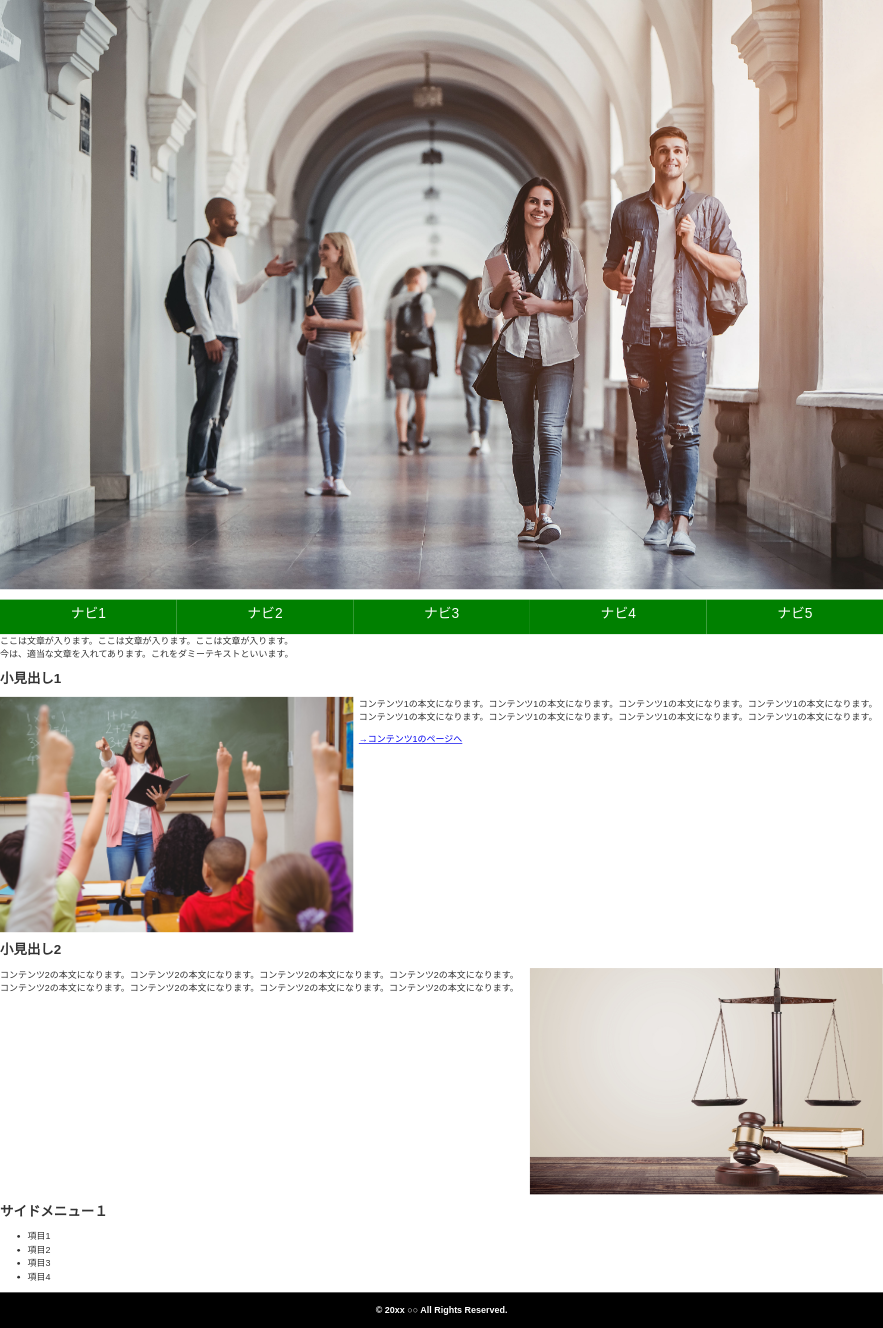
Repository: katayamataiki/samurai_HTML-CSS
Page: A.html
The author's editor kept a record of every edit. The page is drawn from the files as they stood at one moment, then again after the next edit.
The browser window is 1280 px wide. The pictures show the whole page, at 69% of full size.

Above is the page before.

### A.html
<!DOCTYPE html>
<html lang="ja">
    <head>
        <meta charset="UTF-8">
        <title>HTML/CSSの学習</title>
        <link rel="stylesheet" href="stylesheet.css">
    </head>
    <body>
        <div id="header">
            <h1><a href="index.html"><img id="corridor" src="images/HEADER.jpg" alt="大学の廊下" /></a></h1>
        </div>
        <div id="wrapper">
            <div id="nav">
                <ul>
                    <li><a href="index.html">ナビ1</a></li>
                    <li><a href="#">ナビ2</a></li>
                    <li><a href="#">ナビ3</a></li>
                    <li><a href="#">ナビ4</a></li>
                    <li><a href="#">ナビ5</a></li>
                </ul>
            </div>
          <div id="container">
              <div id="main">
                   <div class="post">
                        <p>ここは文章が入ります。ここは文章が入ります。ここは文章が入ります。<br />今は、適当な文章を入れてあります。これをダミーテキストといいます。</p>
                    </div>
                    <div class="post clearfix">
                        <h2>小見出し1</h2>
                        <img class="left" src="images/IMAGE.jpg" alt="授業風景" />
                        <p>
                            コンテンツ1の本文になります。コンテンツ1の本文になります。コンテンツ1の本文になります。コンテンツ1の本文になります。
                            コンテンツ1の本文になります。コンテンツ1の本文になります。コンテンツ1の本文になります。コンテンツ1の本文になります。
                      </p>
                        <p><a href="#">→コンテンツ1のページへ</a></p>
                    </div>
                   <div class="post clearfix">
                        <h2>小見出し2</h2>
                        <img class="right" src="images/H.jpg" alt="天秤" />
                        <p>
                            コンテンツ2の本文になります。コンテンツ2の本文になります。コンテンツ2の本文になります。コンテンツ2の本文になります。
                            コンテンツ2の本文になります。コンテンツ2の本文になります。コンテンツ2の本文になります。コンテンツ2の本文になります。
                        </p>
                    </div>
                </div>
            </div>
        </div>
        <divid="side">
            <div class="box">
                <h2>サイドメニュー１</h2>
                <div class="boxBody">
                    <ul>
                        <li>項目1</li>
                        <li>項目2</li>
                        <li>項目3</li>
                        <li>項目4</li>
                    </ul>
                </div>
            </div>
        </div>
        <div id="footer">
            <p>&copy; 20xx ○○ All Rights Reserved.</p>
        </div>
    </body>
</html>

### stylesheet.css
@charset "utf-8";

body {
	margin: 0;
	padding: 0;
	font-family: "ヒラギノ角ゴ Pro W3", "Hiragino Kaku Gothic Pro", "メイリオ", Meiryo, Osaka, "ＭＳ Ｐゴシック", "MS PGothic", sans-serif;
	color: #333;
	font-size: 13px;
	line-height: 150%;
}

/* -------------------- wrapper -------------------- */
#wrapper {
	width: 100%;
	margin: auto;
	padding: 0px;
	border: 0px;
	background-color: #FFF;
}
#header{
	width: 100%;
}
#header h1{
	margin: 0;
	padding: 0;
}
#corridor{
	width: 100%;
	height: auto;
}
#footer{
	clear: both;
	width: 100%;
	padding: 3px 0 3px 0;
	background-color: black;
	color: #FFF;
	font-weight:bold;
	text-align: center;
}
 #nav {
	 width: 100%;
 }
 #nav ul {
	 margin: 0;
	 padding: 0;
	 list-style-type: none;
}
#nav ul li {
		 float: left;
	 width: 20%;
	 text-align: center;
 }
 #nav ul li a {
	 display: block;
	 height: 30px;
	 margin: 0;
	 padding: 10px;

	 color: #FFF;
	 font-size: 20px;
	 text-decoration: none;
	 background-color: green;
 }
 * -------------------- container -------------------- */
+ #container {
+	 width: 100%;
+	 margin: auto ;
+	 padding: auto;
+	 padding-top: 20px;
+	 clear: both;
+ }
+ /* -------------------- main -------------------- */
+ #main {
+	 float: left;
+	 width: 60%;
+	 padding: 10px 30px 10px 10px;
+ }
+ #main h2 {
+	 margin: 0 0 10px 0;
+	 padding: 3px 10px 3px 10px;
+	 color: #FFF;
+	 font-size: 16px;
+	 border-left: solid 10px #C00;
+	 background: #F90 url(../images/main_h2.jpg) right top repeat-y;
+ }
+ #main p {
+	 margin: 0;
+	 padding: 0;
+ }
+ #main .post {
+	 margin: 0 0 30px 0;
+ }
+
 #main .post img.right {
	 margin: 0 0 0 8px;
 }
 #main .post img.left {
 	margin: 0 8px 0 0;
}

 .right {
	 float: right;
	 width: 40%;
	 height: auto;
 }
 .left {
	 float: left;
	 width: 40%;
	 height: auto;
 }

 /* -------------------- clearfix -------------------- */
 .clearfix {
	 zoom: 1;
 }
.clearfix:after{
	 content: "";
	 display: block;
	 clear: both;
 }

After the next edit:
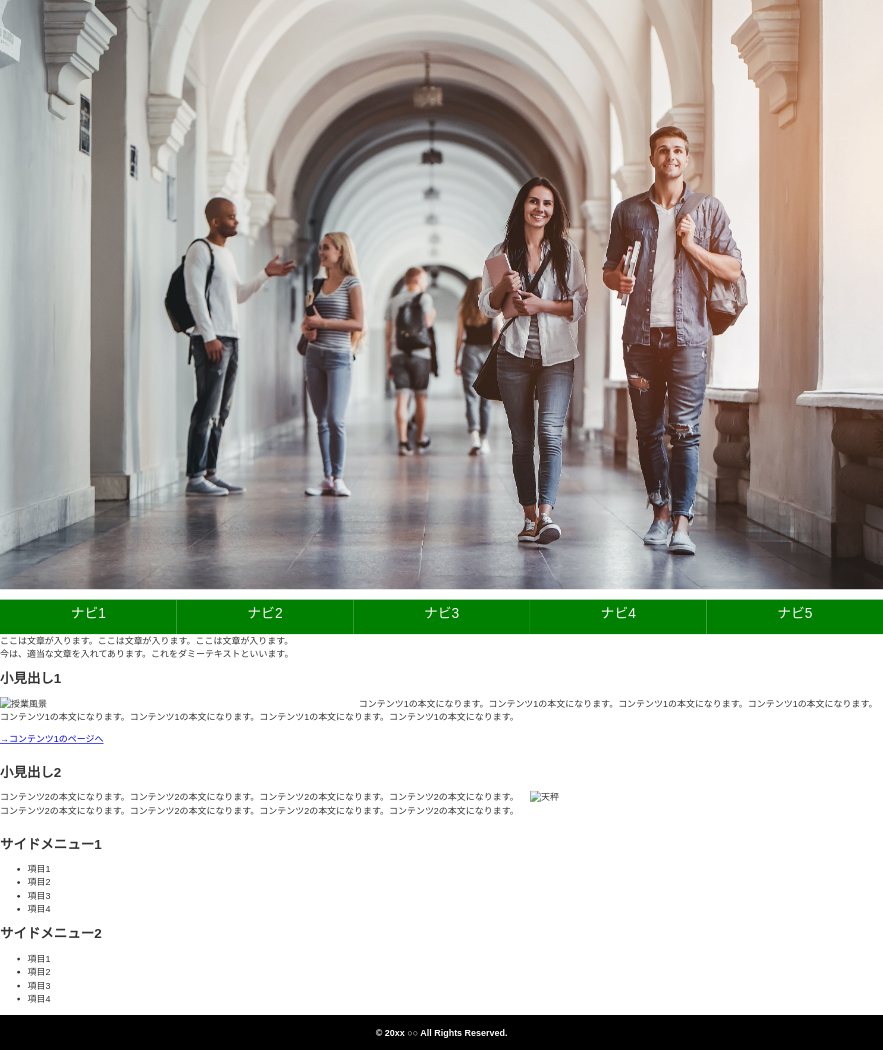
Not found: images/classroom.jpg
Not found: images/scale.jpg
The edit:
--- a/A.html
+++ b/A.html
@@ -12,30 +12,30 @@
         <div id="wrapper">
             <div id="nav">
                 <ul>
-                    <li><a href="index.html">ナビ1</a></li>
+                    <li><a href="home.html">ナビ1</a></li>
                     <li><a href="#">ナビ2</a></li>
                     <li><a href="#">ナビ3</a></li>
                     <li><a href="#">ナビ4</a></li>
                     <li><a href="#">ナビ5</a></li>
                 </ul>
             </div>
-          <div id="container">
-              <div id="main">
-                   <div class="post">
+            <div id="container">
+                <div id="main">
+                    <div class="post">
                         <p>ここは文章が入ります。ここは文章が入ります。ここは文章が入ります。<br />今は、適当な文章を入れてあります。これをダミーテキストといいます。</p>
                     </div>
                     <div class="post clearfix">
                         <h2>小見出し1</h2>
-                        <img class="left" src="images/IMAGE.jpg" alt="授業風景" />
+                        <img class="left" src="images/classroom.jpg" alt="授業風景" />
                         <p>
                             コンテンツ1の本文になります。コンテンツ1の本文になります。コンテンツ1の本文になります。コンテンツ1の本文になります。
                             コンテンツ1の本文になります。コンテンツ1の本文になります。コンテンツ1の本文になります。コンテンツ1の本文になります。
-                      </p>
+                        </p>
                         <p><a href="#">→コンテンツ1のページへ</a></p>
                     </div>
-                   <div class="post clearfix">
+                    <div class="post clearfix">
                         <h2>小見出し2</h2>
-                        <img class="right" src="images/H.jpg" alt="天秤" />
+                        <img class="right" src="images/scale.jpg" alt="天秤" />
                         <p>
                             コンテンツ2の本文になります。コンテンツ2の本文になります。コンテンツ2の本文になります。コンテンツ2の本文になります。
                             コンテンツ2の本文になります。コンテンツ2の本文になります。コンテンツ2の本文になります。コンテンツ2の本文になります。
@@ -43,17 +43,28 @@
                     </div>
                 </div>
             </div>
-        </div>
-        <divid="side">
-            <div class="box">
-                <h2>サイドメニュー１</h2>
-                <div class="boxBody">
-                    <ul>
-                        <li>項目1</li>
-                        <li>項目2</li>
-                        <li>項目3</li>
-                        <li>項目4</li>
-                    </ul>
+            <div id="side">
+                <div class="box">
+                    <h2>サイドメニュー1</h2>
+                    <div class="boxBody">
+                        <ul>
+                            <li>項目1</li>
+                            <li>項目2</li>
+                            <li>項目3</li>
+                            <li>項目4</li>
+                        </ul>
+                    </div>
+                </div>
+                <div class="box">
+                    <h2>サイドメニュー2</h2>
+                    <div class="boxBody">
+                        <ul>
+                            <li>項目1</li>
+                            <li>項目2</li>
+                            <li>項目3</li>
+                            <li>項目4</li>
+                        </ul>
+                    </div>
                 </div>
             </div>
         </div>
